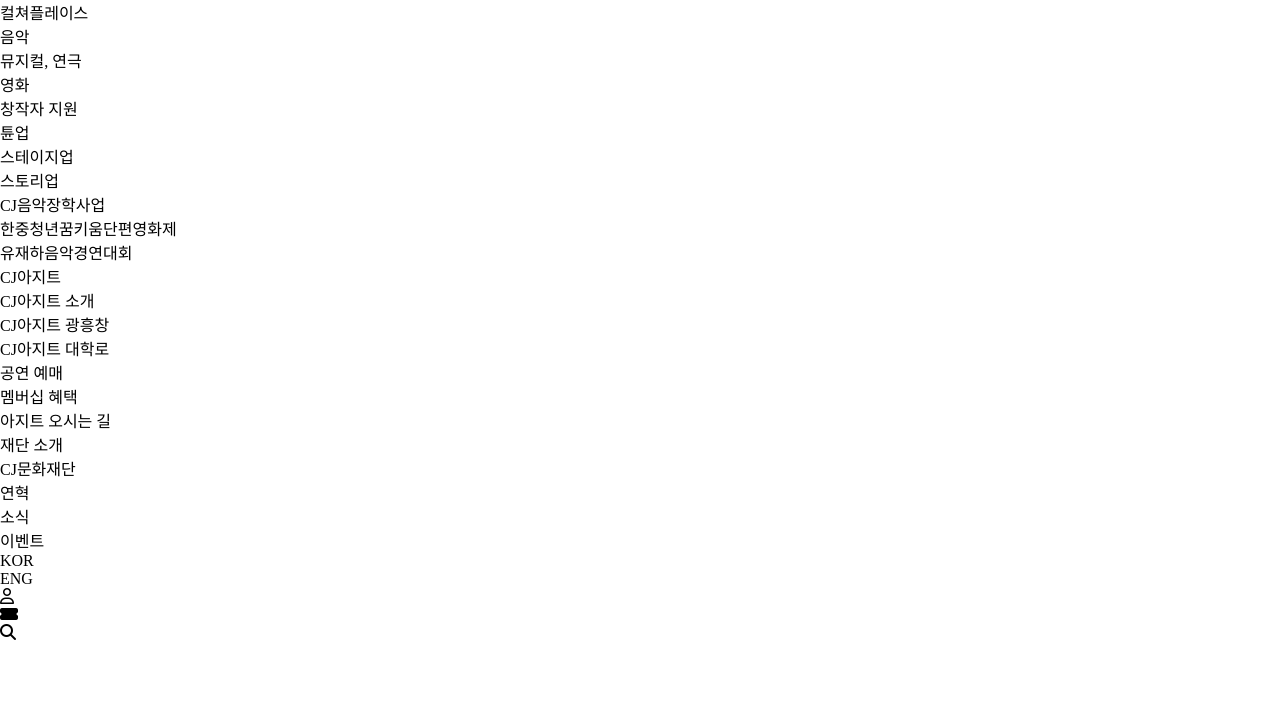
Repository: godcl1623/Tutorials
Page: 습작/CJazit/cjazit-index.html
The author's editor kept a copy of each file at every save. The page is drawn from the files as they stood at one save, then again after the next save.
The browser window is 1280 px wide. The pictures show the whole page.
Some web libraries are served in a nearby version.

Above is the page before, as saved 2021-01-12 20:58:43.

After the next save:
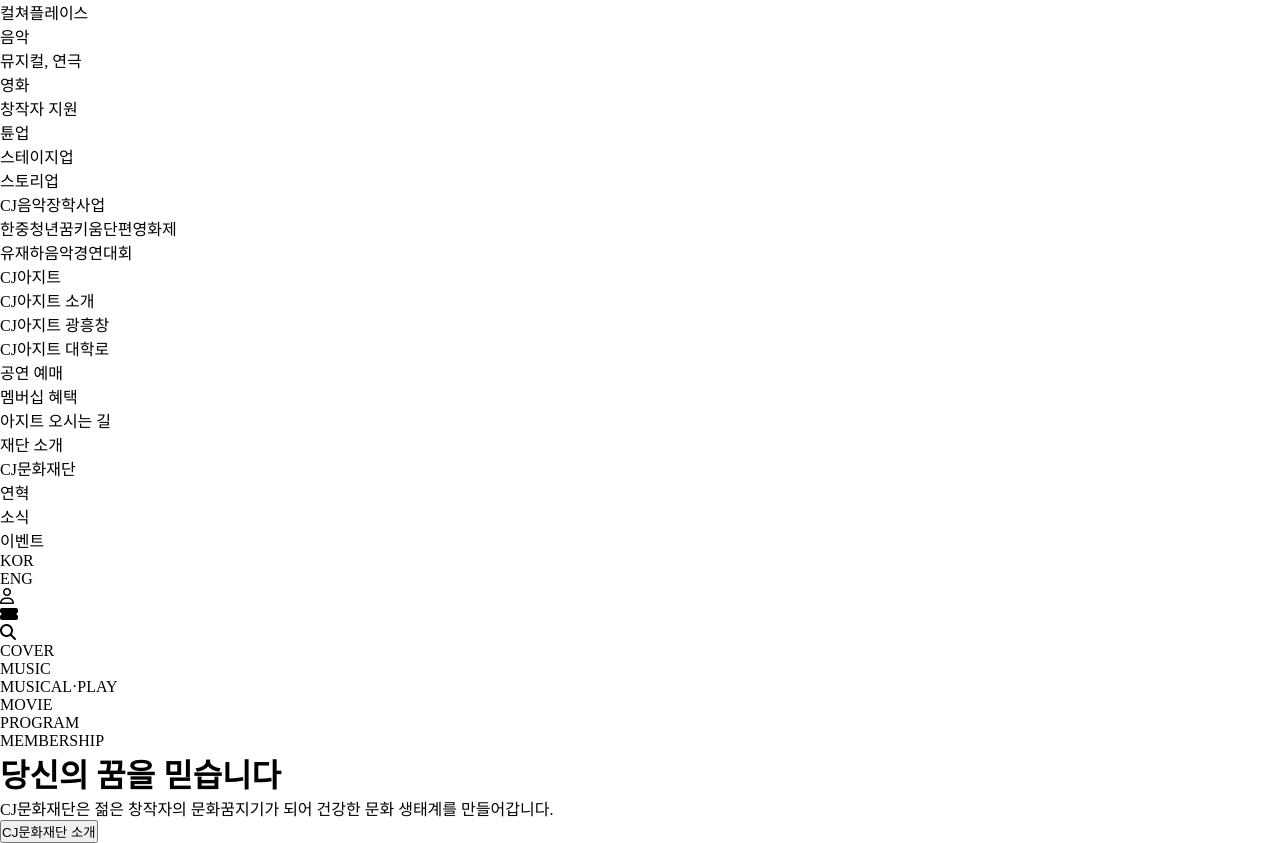
Saved 4 min 36 s later.
--- a/습작/CJazit/cjazit-index.html
+++ b/습작/CJazit/cjazit-index.html
@@ -60,7 +60,20 @@
     </div>
   </nav>
   <header>
-
+    <ul class="sidebar">
+      <li>COVER</li>
+      <li>MUSIC</li>
+      <li>MUSICAL·PLAY</li>
+      <li>MOVIE</li>
+      <li>PROGRAM</li>
+      <li>MEMBERSHIP</li>
+    </ul>
+    <div class="main-image"></div>
+    <div class="welcom-box">
+      <h1>당신의 꿈을 믿습니다</h1>
+      <p>CJ문화재단은 젊은 창작자의 문화꿈지기가 되어 건강한 문화 생태계를 만들어갑니다.</p>
+      <button>CJ문화재단 소개</button>
+    </div>
   </header>
   <article class="">
 
